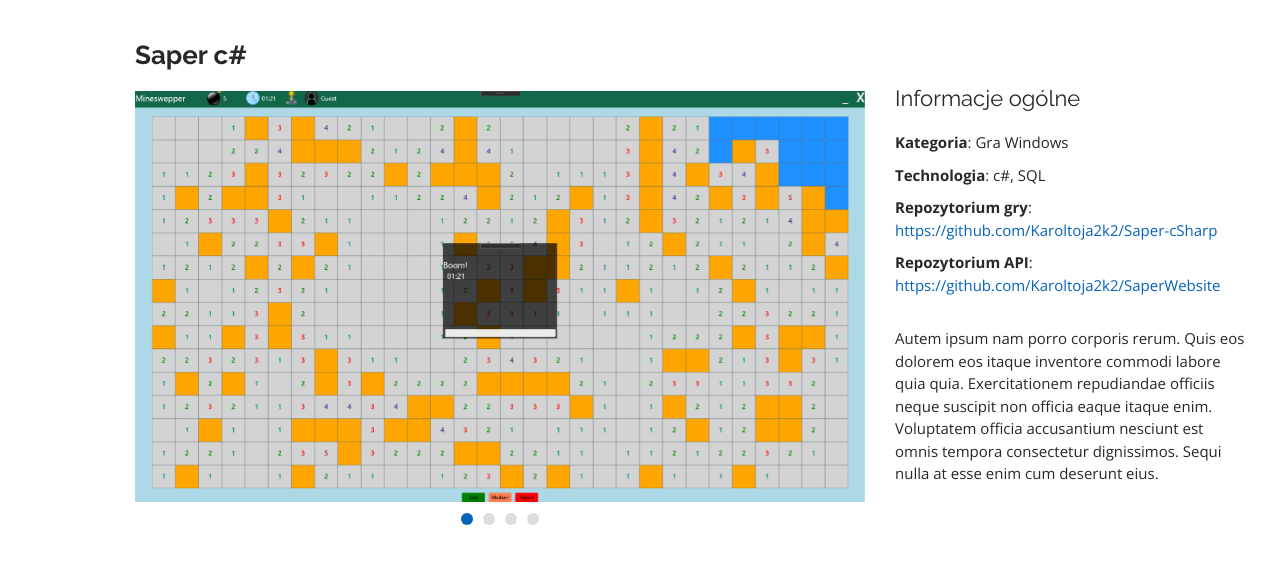
Repository: Karoltoja2k2/MyResume
Page: mineswepperC#-details.html
These files come from the project's save history. The page is drawn as it stood at one moment and after the next save; the edit follows.
The browser window is 1280 px wide. The pictures show the whole page.
Pictures or frames that could not be fetched are drawn as grey boxes.

Above is the page before, as saved 2020-06-21 14:47:02.

After the next save:
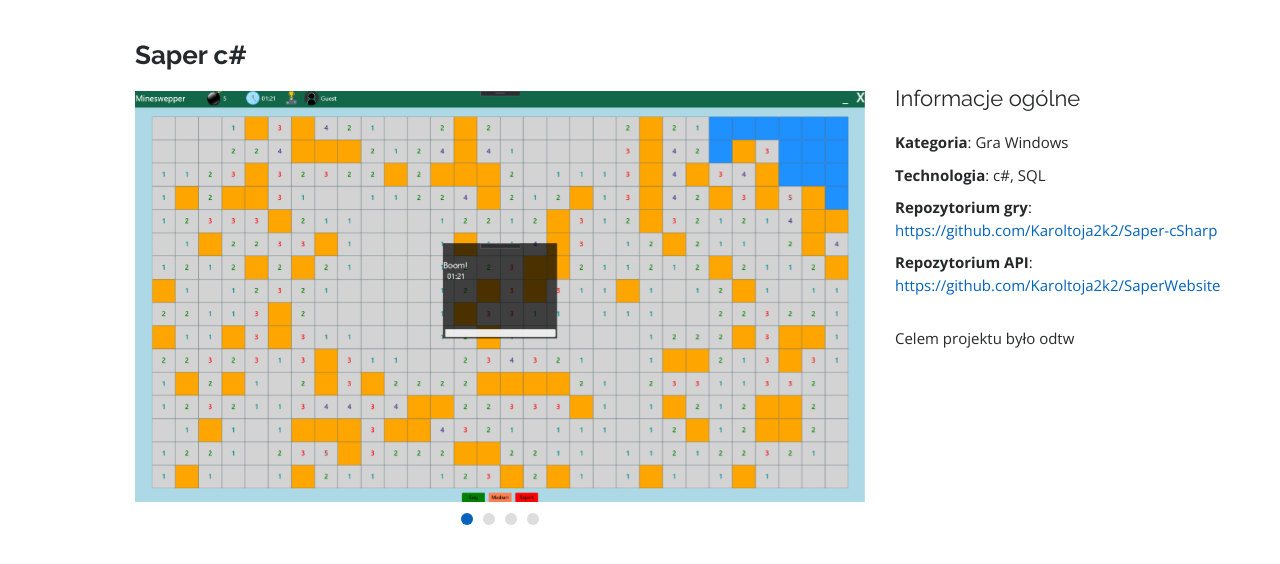
Saved 41 s later.
--- a/mineswepperC#-details.html
+++ b/mineswepperC#-details.html
@@ -67,7 +67,7 @@
             </ul>
 
             <p>
-              Autem ipsum nam porro corporis rerum. Quis eos dolorem eos itaque inventore commodi labore quia quia. Exercitationem repudiandae officiis neque suscipit non officia eaque itaque enim. Voluptatem officia accusantium nesciunt est omnis tempora consectetur dignissimos. Sequi nulla at esse enim cum deserunt eius.
+              Celem projektu było odtw
             </p>
           </div>
 
